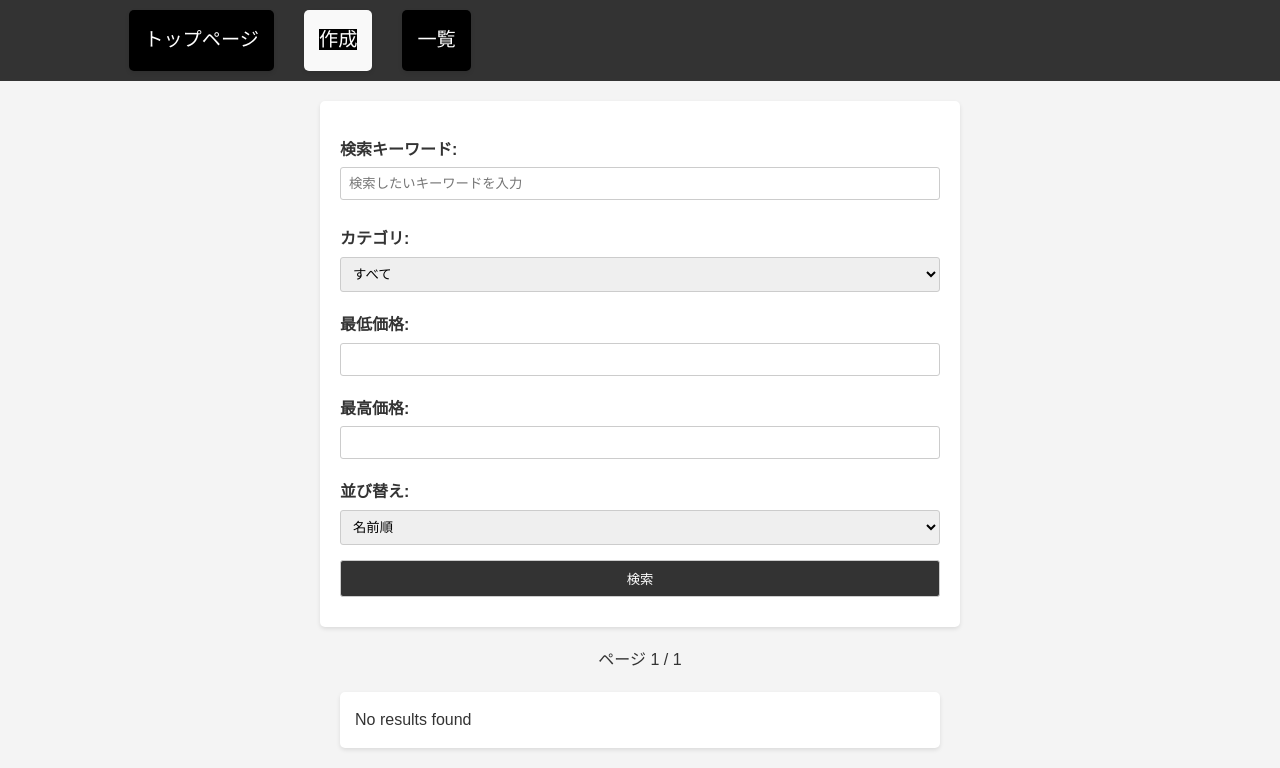
Repository: mamesuke7274/2024_kouki_kuwayamasyoutarou
Page: http://localhost/
The author's editor kept a copy of each file at every save. The page is drawn from the files as they stood at one save, then again after the next save.
The browser window is 1280 px wide. The pictures show the whole page.
The page is served by the project's application, run on Django 4.2 (manage.py). Queries for data that is not in the repository find no rows.

Above is the page before, as saved 2024-10-26 11:03:20.

After the next save:
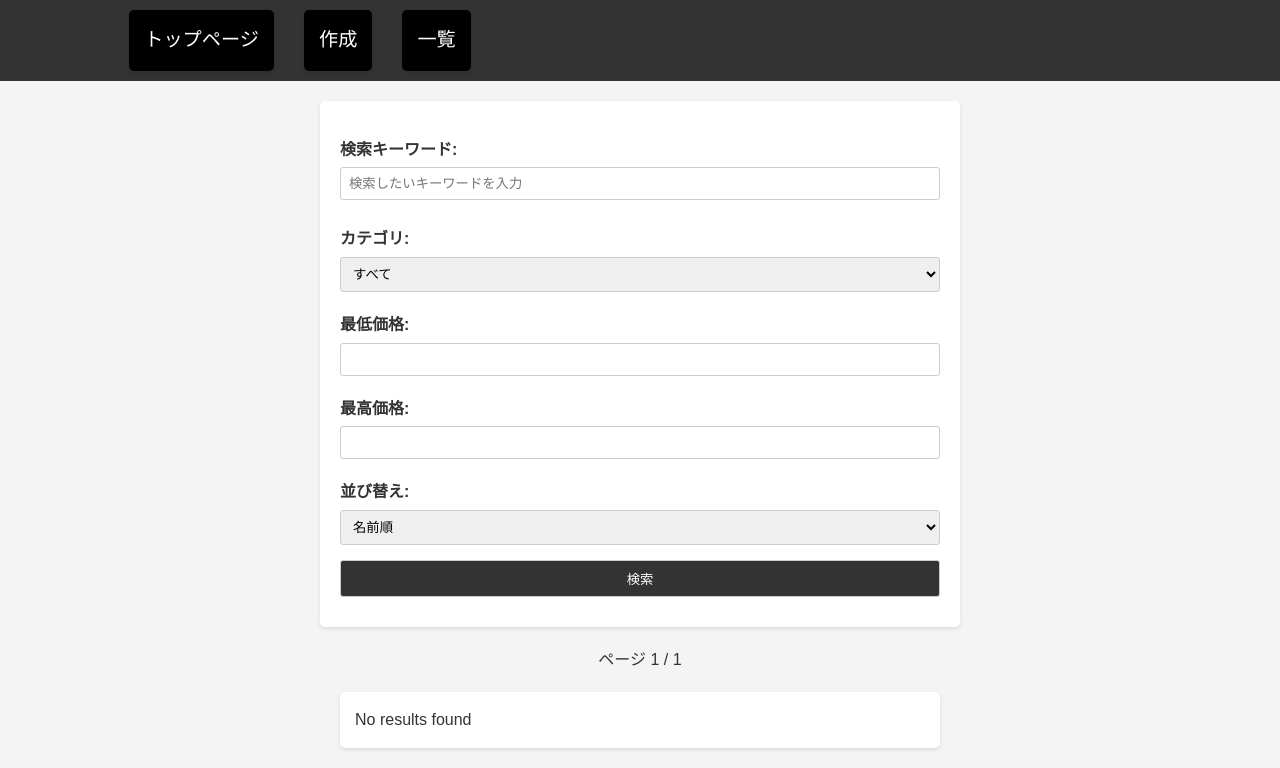
Saved 3 min 48 s later.
--- a/search_app/templates/search.html
+++ b/search_app/templates/search.html
@@ -129,9 +129,7 @@
             box-shadow: 0 2px 4px rgba(0, 0, 0, 0.1);
         }
 
-        ul li:nth-child(even) {
-            background-color: #f9f9f9;
-        }
+
 
         ul li:hover {
             background-color: #f0f0f0;

After the save that followed:
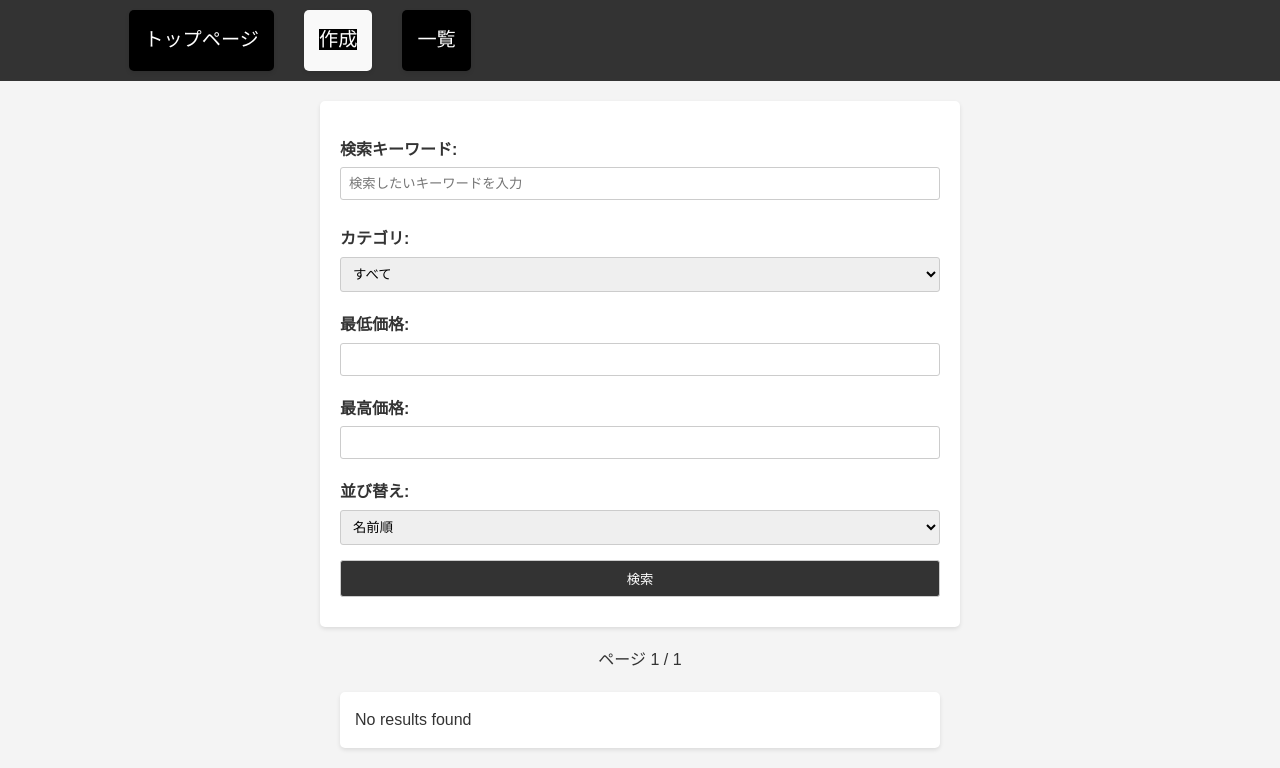
Saved 37 s later.
--- a/search_app/templates/search.html
+++ b/search_app/templates/search.html
@@ -129,7 +129,9 @@
             box-shadow: 0 2px 4px rgba(0, 0, 0, 0.1);
         }
 
-
+        ul li:nth-child(even) {
+            background-color: #f9f9f9;
+        }
 
         ul li:hover {
             background-color: #f0f0f0;
